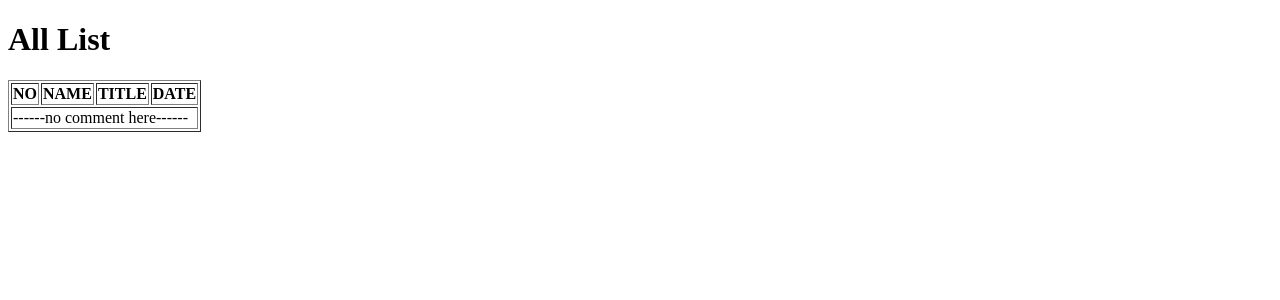
Repository: Dasommm/SpringFramework
Page: http://localhost/springMVC05_update_jdbc/list.do
These files come from the project's save history. The page is drawn as it stood at one moment and after the next save; the edit follows.
The browser window is 1280 px wide. The pictures show the whole page.
The page is served by Tomcat 9. Other server files are loaded and not shown. Queries for data that is not in the repository find no rows.

Above is the page before, as saved 2020-03-31 08:10:20.

### springMVC05_update_jdbc/src/main/webapp/WEB-INF/views/jdbclist.jsp
<%@ page language="java" contentType="text/html; charset=UTF-8"
    pageEncoding="UTF-8"%>
<%@ taglib prefix="c" uri="http://java.sun.com/jsp/jstl/core" %>
<!DOCTYPE html>
<html>
<head>
<meta charset="UTF-8">
<title>Insert title here</title>
</head>
<body>

<h1>All List</h1>

<table border="1">
	<thead>
		<tr>
			<th>NO</th>
			<th>NAME</th>
			<th>TITLE</th>
			<th>DATE</th>
		</tr>
	</thead>
	<tbody>
	<c:choose>
		<c:when test="${empty list }">
			<tr>
				<td colspan="4">------no comment here------</td>
			</tr>
		</c:when>
		<c:otherwise>
			<c:forEach items="${list }" var="list">
				<tr>
					<td>${list.seq }</td>
					<td>${list.writer }</td>
					<td>${list.title }</td>
					<td>${list.regdate }</td>
				</tr>
			</c:forEach>
		</c:otherwise>
	</c:choose>
	</tbody>

</table>

</body>
</html>

### springMVC05_update_jdbc/src/main/java/com/mvc/update/model/dao/JdbcDaoImpl.java
package com.mvc.update.model.dao;

import java.sql.ResultSet;
import java.sql.SQLException;
import java.util.ArrayList;
import java.util.List;

import org.springframework.beans.factory.annotation.Autowired;
import org.springframework.jdbc.core.JdbcTemplate;
import org.springframework.jdbc.core.RowMapper;
import org.springframework.stereotype.Repository;

import com.mvc.update.model.dto.JdbcDto;

@Repository
public class JdbcDaoImpl implements JdbcDao {

	@Autowired
	private JdbcTemplate jdbcTemplate;

	@Override
	public List<JdbcDto> selectList() {

		List<JdbcDto> list = new ArrayList<JdbcDto>();
		String sql = " SELECT * FROM JDBCBOARD ORDER BY SEQ DESC ";

		list = jdbcTemplate.query(sql, new RowMapper<JdbcDto>() {

			@Override
			public JdbcDto mapRow(ResultSet rs, int rowNum) throws SQLException {
				JdbcDto dto = new JdbcDto();
				dto.setSeq(rs.getInt(1));
				dto.setWriter(rs.getString(2));
				dto.setTitle(rs.getString(3));
				dto.setContent(rs.getString(4));
				dto.setRegdate(rs.getDate(5));
				return dto;
			}
		});

		return list;
	}

	@Override
	public JdbcDto selectOne(int seq) {
		// TODO Auto-generated method stub
		return null;
	}

	@Override
	public int insert(JdbcDto dto) {
		// TODO Auto-generated method stub
		return 0;
	}

	@Override
	public int update(JdbcDto dto) {
		// TODO Auto-generated method stub
		return 0;
	}

	@Override
	public int delete(int seq) {
		// TODO Auto-generated method stub
		return 0;
	}

}

After the next save:
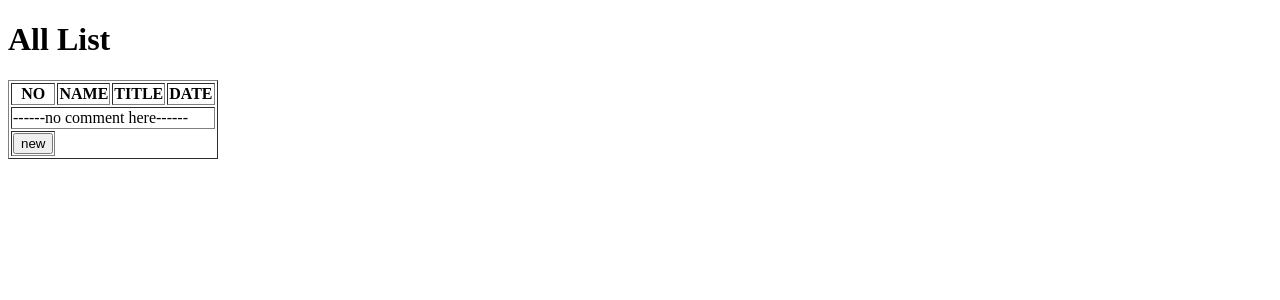
Saved 70 s later.
--- a/springMVC05_update_jdbc/src/main/webapp/WEB-INF/views/jdbclist.jsp
+++ b/springMVC05_update_jdbc/src/main/webapp/WEB-INF/views/jdbclist.jsp
@@ -39,6 +39,13 @@
 		</c:otherwise>
 	</c:choose>
 	</tbody>
+	<tfoot>
+		<tr>
+			<td>
+				<input type="button" value="new" onclick="">
+			</td>
+		</tr>
+	</tfoot>
 
 </table>
 
